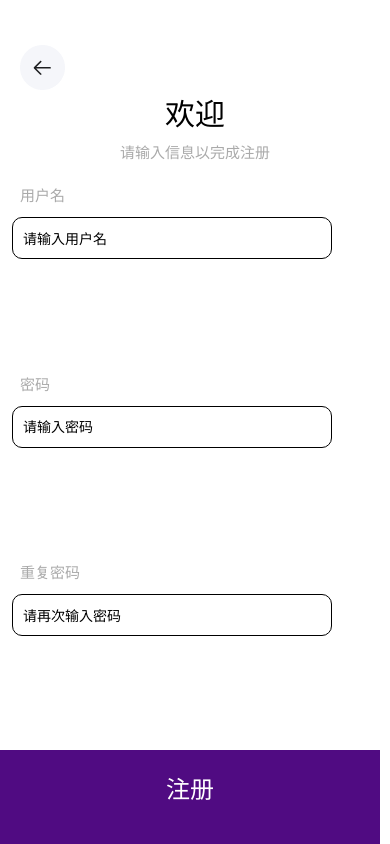
Repository: eyebone/barManager
Screen: /sign
An editor plug-in stored every save of this project. The screen is shown before and after the next save, followed by the edit.
The app was drawn by React Native's web renderer in a window 390 px wide. The project was rebuilt for these pictures with package versions that can differ from the ones it lists, and the page was loaded fresh each time. Also part of the build but not shown: components/EmojiPicker.js, components/Button.js, components/ImageViewer.js, components/circleButton.js, components/IconButton.js, view/ViewOne.js, view/Main.js.

Above is the screen before, as saved 2023-06-26 16:24:29.

### App.js
// In App.js in a new project

import * as React from "react";
import { Button, View, Text, StyleSheet, Pressable, Alert } from "react-native";
// import React-native from 'react-native';
import { NavigationContainer } from "@react-navigation/native";
import { createNativeStackNavigator } from "@react-navigation/native-stack";
import { ViewOne } from "./view/ViewOne";
import { SignView } from "./view/Sign";
import { LinearGradient } from "expo-linear-gradient";
import FontAwesome from "react-native-vector-icons/FontAwesome";
import { MainView } from "./view/Main";

function HomeScreen({ navigation }) {
  return (
    <View style={styles.container}>
      <LinearGradient
        start={{ x: 0, y: 0 }}
        end={{ x: 1, y: 1 }}
        colors={["#5c0b82", "#480965", "#190641", "#070320", "#000000"]}
        style={styles.linearGradient}
      >
        <Text>Home Screen</Text>
        <Pressable
          style={(styles.button, { backgroundColor: "#faf2de" })}
          onPress={() => navigation.push("test")}
        >
          <FontAwesome name="home" size={26} style={{ paddingRight: 8 }} />
          <Text>go to detail</Text>
        </Pressable>

        <Button
          title="Go to Sign"
          onPress={() => navigation.navigate("sign")}
        />
        <Text style={styles.buttonText}>Sign in with Facebook</Text>
      </LinearGradient>
    </View>
  );
}

const Stack = createNativeStackNavigator();

function App() {
  return (
    <NavigationContainer style={styles.container}>
      <Stack.Navigator initialRouteName="Home">
        <Stack.Screen
          name="Home"
          component={HomeScreen}
          // options={{ title: "Overview", backgroundColor: "transparent" }}
          options={{ headerShown: false }}
        />
        <Stack.Screen name="test" component={ViewOne} />
        <Stack.Screen name="sign" component={SignView}
          options={{ headerShown: false }}
        />
        <Stack.Screen name="Main" component={MainView} />
      </Stack.Navigator>
    </NavigationContainer>
  );
}

export default App;

const styles = StyleSheet.create({
  container: {
    flex: 1,
    flexDirection: "column",
    backgroundColor: "#000000",
    //    alignItems: 'center',
  },
  linearGradient: {
    height: 740,
  },
  button: {
    borderRadius: 10,
    width: 300,
    height: 30,
    alignItems: "center",
    justifyContent: "center",
    flexDirection: "row",
  },
});

### view/Sign.js
//这是注册界面

import { StatusBar } from "expo-status-bar";
import { StyleSheet, View, Text } from "react-native";
import Button from "../components/Button";
import ImageViewer from "../components/ImageViewer";
import * as ImagePicker from "expo-image-picker";
import { useState } from "react";
const PlaceholderImage = require("../assets/images/background-image.png");
import * as React from "react";
import {
  FlatList,
  Image,
  Platform,
  Pressable,
  PixelRatio,
  TextInput,
  Alert,
} from "react-native";
import { NavigationContainer } from "@react-navigation/native";
import { createNativeStackNavigator } from "@react-navigation/native-stack";

//import {Text } from 'react-native';

const createTwoButtonAlert = () =>
  Alert.alert("提示：", "您已注册成功！", [
    { text: "OK", onPress: () => console.log("OK Pressed") },
  ]);

export function SignView({ navigation }) {
  const [value, onChangeText] = React.useState("");

  return (
    <View style={styles.container}>
      <Pressable onPress={() => navigation.push("Home")}>
        <Image
          source={require("../assets/bar/Back.png")}
          style={{ marginLeft: 20, marginTop: 45}}
        />
      </Pressable>

      <View style={styles.welcomeContainer}>
        <Text style={styles.welcomeText} numberOfLines={1}>
          欢迎
        </Text>
        <Text style={styles.infoText}>请输入信息以完成注册</Text>
      </View>
      <View style={styles.inputBar}>
        <Text style={styles.smallText}>用户名</Text>
        <TextInput
          maxLength={40}
          onChangeText={(text) => onChangeText(text)}
          value={value}
          style={styles.input}
          placeholder="请输入用户名"
        />
      </View>
      <View style={styles.inputBar}>
        <Text style={styles.smallText}>密码</Text>
        <TextInput style={styles.input} placeholder="请输入密码" />
      </View>
      <View style={styles.inputBar}>
        <Text editable style={styles.smallText}>
          重复密码
        </Text>
        <TextInput
          style={styles.input}
          placeholder="请再次输入密码"
          //          onChangeText={onChange}
        />
      </View>
      {/* <View style={styles.footerContainer}>
        <Text style={styles.regText}>注册</Text>
      </View> */}
      <Pressable
        style={styles.footerContainer}
        onPress={() => {
          navigation.push("Main");
          createTwoButtonAlert();
        }}
      >
        <Text style={styles.regText}>注册</Text>
      </Pressable>
    </View>
  );
}

const styles = StyleSheet.create({
  container: {
    flex: 1,
    flexDirection: "column",
    backgroundColor: "#fff",
    //    alignItems: 'center',
  },
  welcomeContainer: {
    flex: 1,
    backgroundColor: "#fff",
    alignItems: "center",
    // marginTop: 60,
    height: 60,
  },
  welcomeText: {
    fontSize: PixelRatio.getFontScale() * 30,
    //    fontFamily: STKaiti,
  },
  infoText: {
    color: "#aaa",
    fontSize: PixelRatio.getFontScale() * 15,
    lineHeight: 38,
  },
  imageContainer: {
    flex: 1,
    paddingTop: 58,
  },
  smallText: {
    fontSize: PixelRatio.getFontScale() * 15,
    color: "#aaa",
    marginLeft: 20,
  },
  footerContainer: {
    flex: 1,
    alignItems: "center",
    backgroundColor: "#500B82",
    width: 380,
    height: 57,
    bottom: 0,
    //      marginTop: 600,
    //      paddingTop: 737,
  },
  inputBar: {
    flex: 2,
    // borderBottomColor: "#000",
    // borderBottomWidth: 1,
  },
  regText: {
    fontSize: PixelRatio.getFontScale() * 24,
    color: "#fff",
    margin: 20,
  },
  input: {
    height: 42,
    margin: 12,
    borderWidth: 1,
    padding: 10,
    width: 320,
    borderRadius: 10,
  },
});

After the next save:
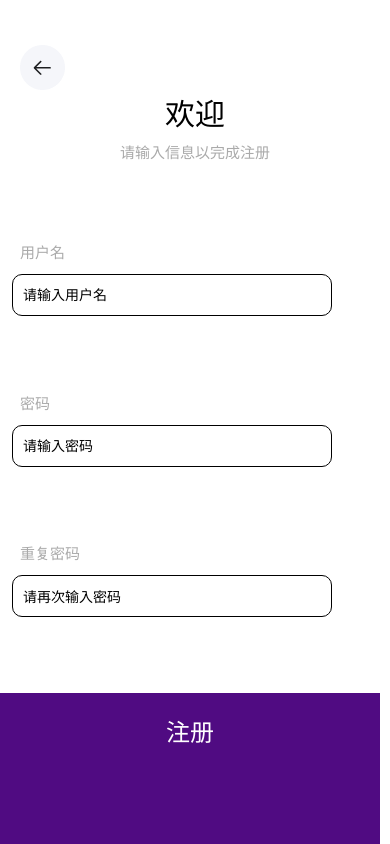
Saved 22 s later.
--- a/view/Sign.js
+++ b/view/Sign.js
@@ -128,7 +128,7 @@ const styles = StyleSheet.create({
     //      paddingTop: 737,
   },
   inputBar: {
-    flex: 2,
+    flex: 1,
     // borderBottomColor: "#000",
     // borderBottomWidth: 1,
   },
